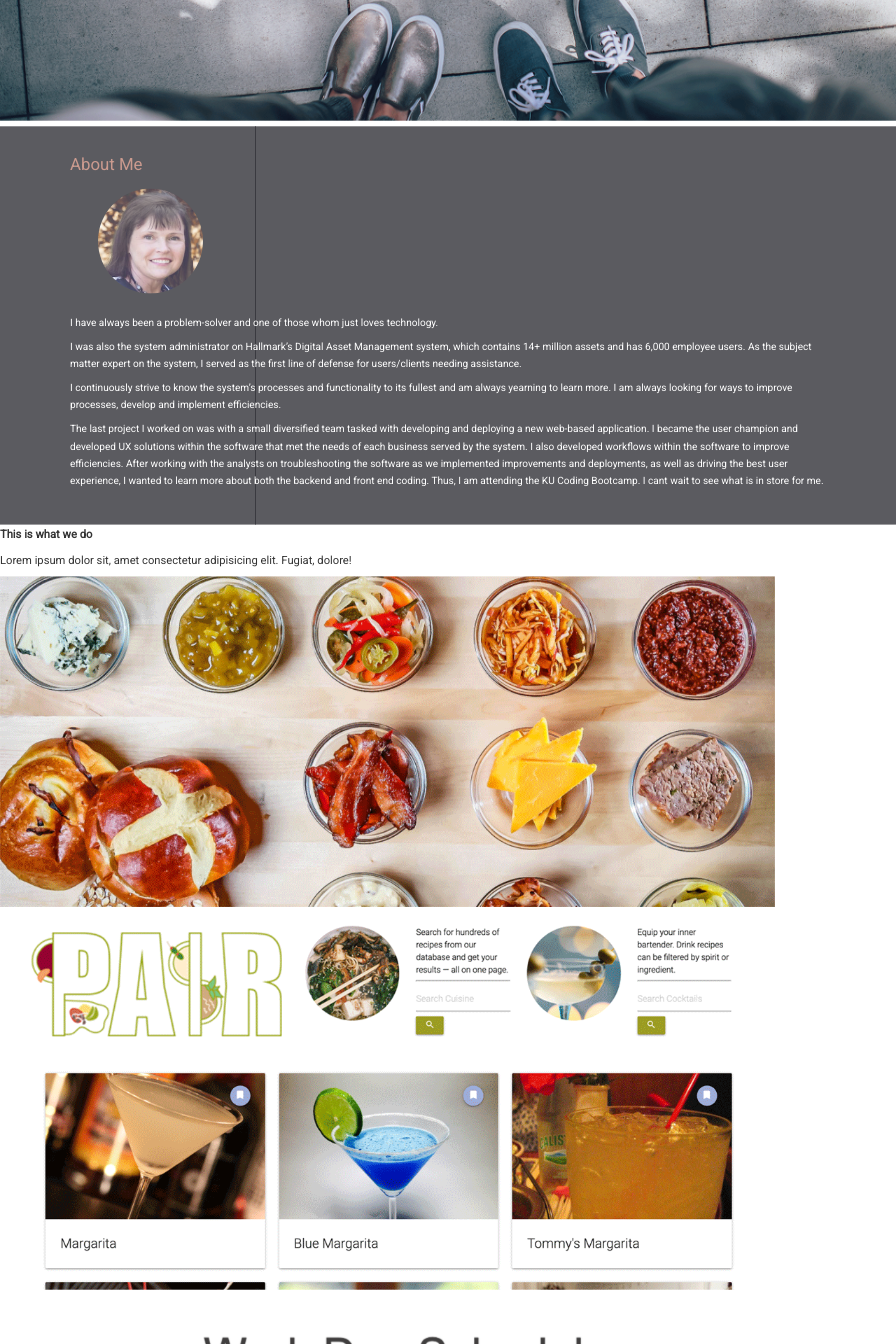
Repository: brandyquinlan/brandyquinlan
Page: index.html
These files come from the project's save history. The page is drawn as it stood at one moment and after the next save; the edit follows.
The browser window is 1280 px wide. The pictures show the part of the page from y = 548 to 2468 px (the page is 3530 px tall before and 3498 px after), at 70% of full size.
Some web libraries are served in a nearby version.

Above is the page before, as saved 2021-02-05 11:18:14.

After the next save:
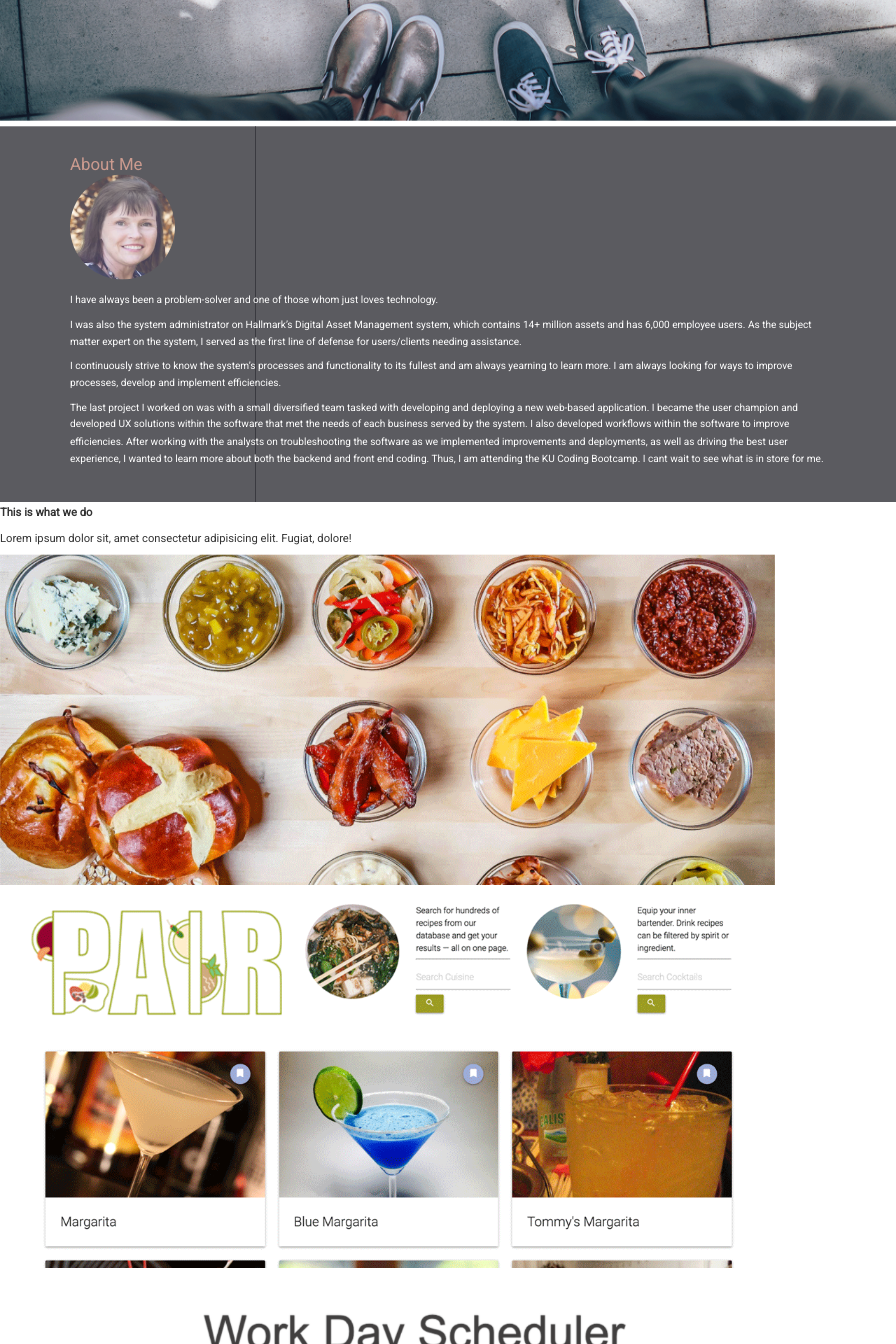
Saved 73 s later.
--- a/css/style.css
+++ b/css/style.css
@@ -103,12 +103,13 @@ header h1 {
     color: #bf8273;
 }
 
-#aboutRow1 {
+
+/* #aboutRow1 {
     display: flex;
     padding: 20px;
     justify-content: space-between;
     margin: 0 20px;
-}
+} */
 
 #aboutMe img {
     border-radius: 50%;
